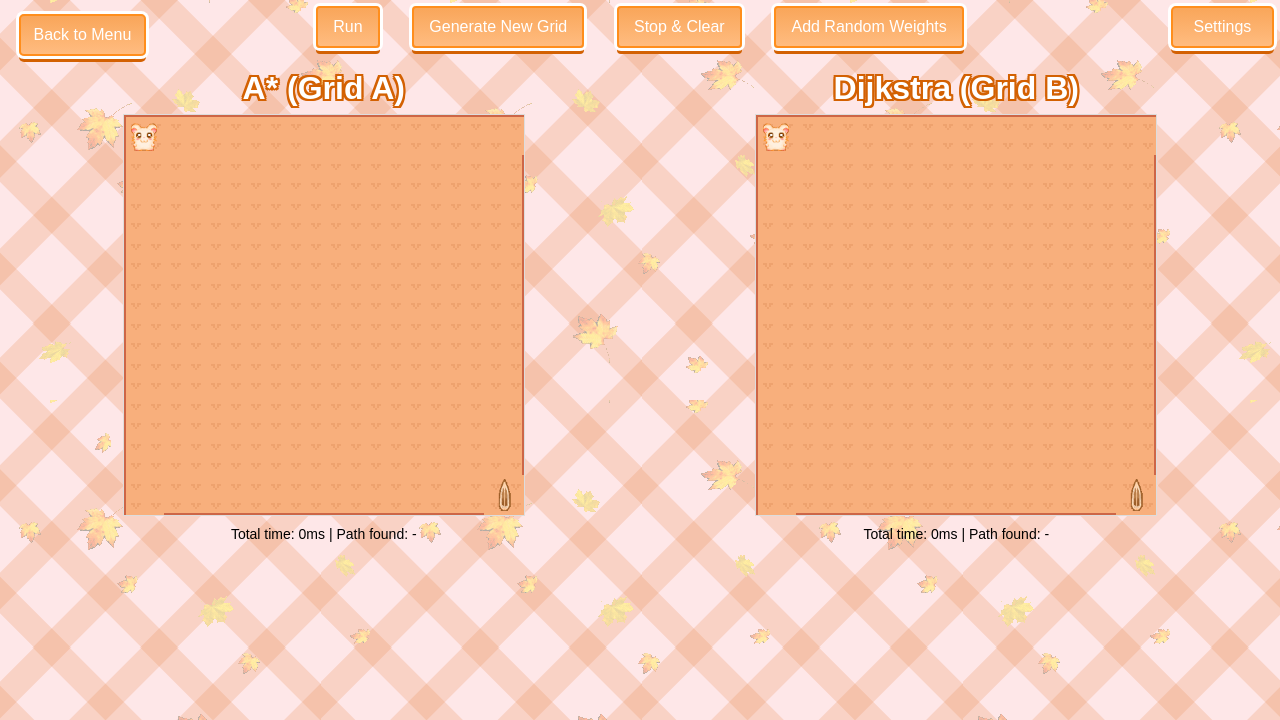
Repository: ramosfranz/Hamster-Crossing
Page: src/game.html
The author's editor kept a copy of each file at every save. The page is drawn from the files as they stood at one save, then again after the next save.
The browser window is 1280 px wide. The pictures show the whole page.
Some web fonts or font styles are not loaded; a fallback is used.

Above is the page before, as saved 2025-05-14 19:53:50.

After the next save:
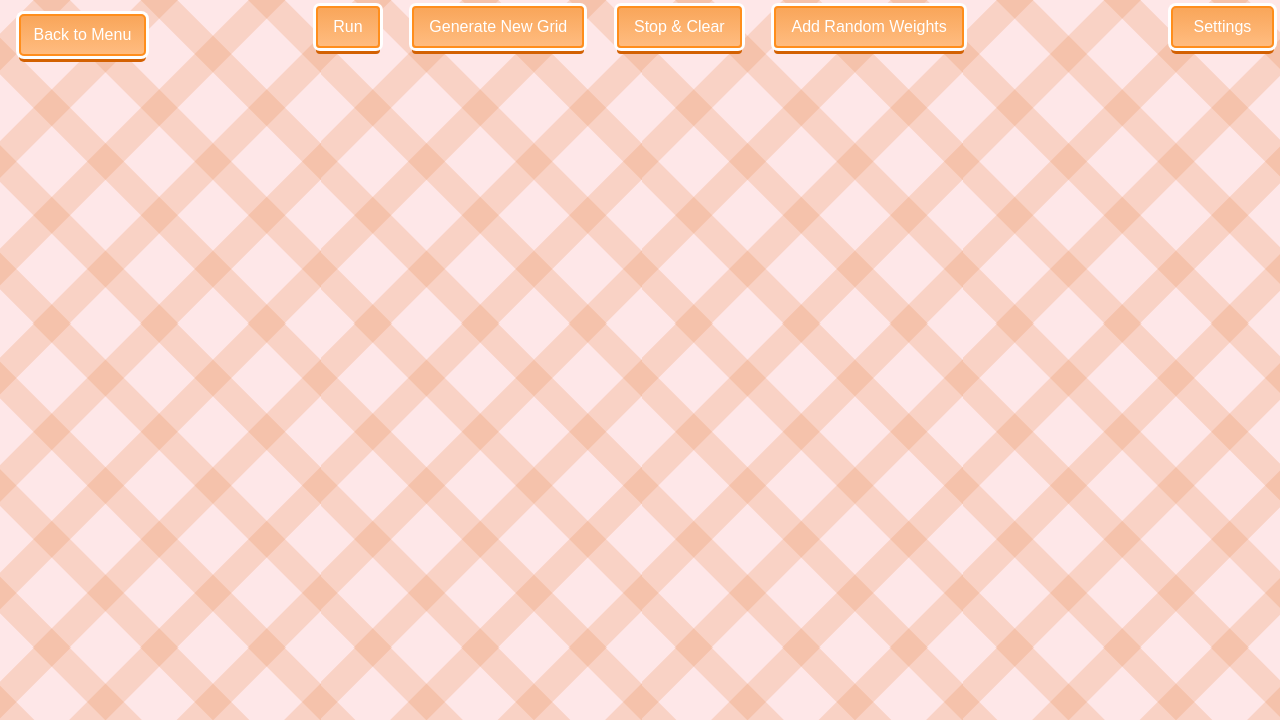
Console error: SyntaxError: Identifier 'audioManager' has already been declared
Saved 9 s later.
--- a/src/js/app.js
+++ b/src/js/app.js
@@ -25,3 +25,4 @@ export function init() {
 }
 
 document.addEventListener('DOMContentLoaded', init);
+import audioManager from './manager/audioManager.js';

After the save that followed:
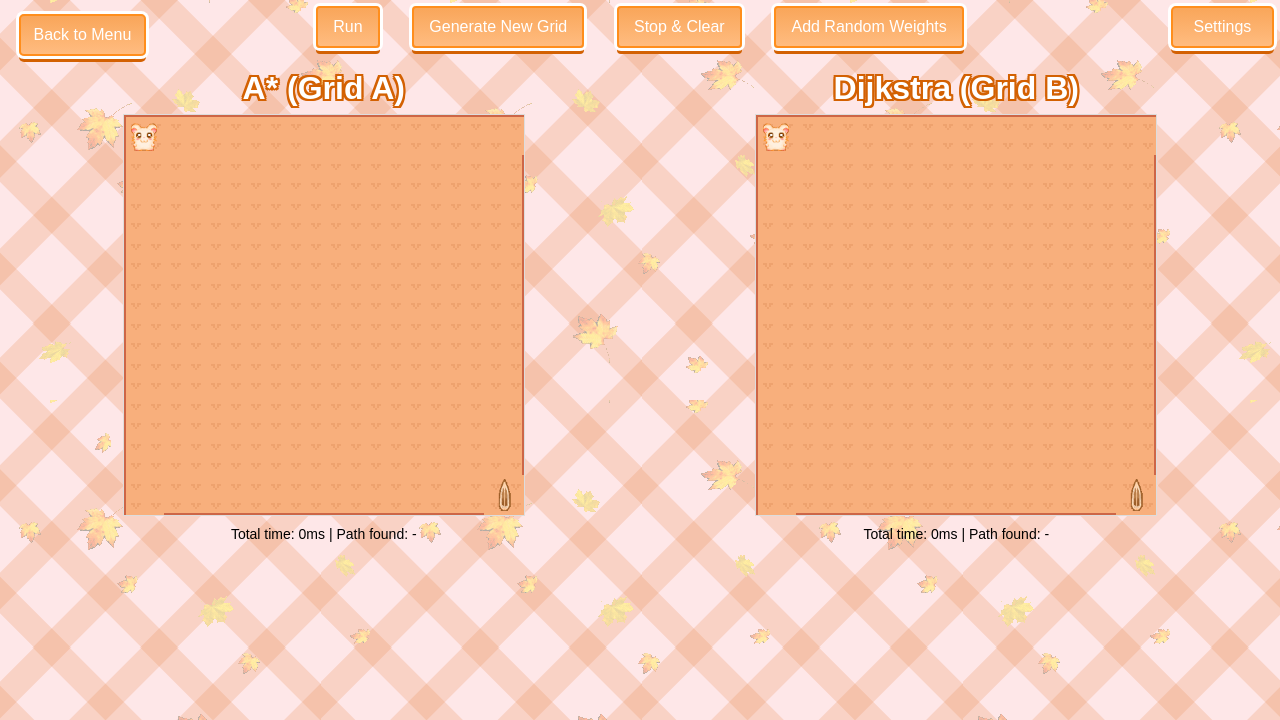
The error is gone.
Saved 25 s later.
--- a/src/js/app.js
+++ b/src/js/app.js
@@ -25,4 +25,3 @@ export function init() {
 }
 
 document.addEventListener('DOMContentLoaded', init);
-import audioManager from './manager/audioManager.js';
